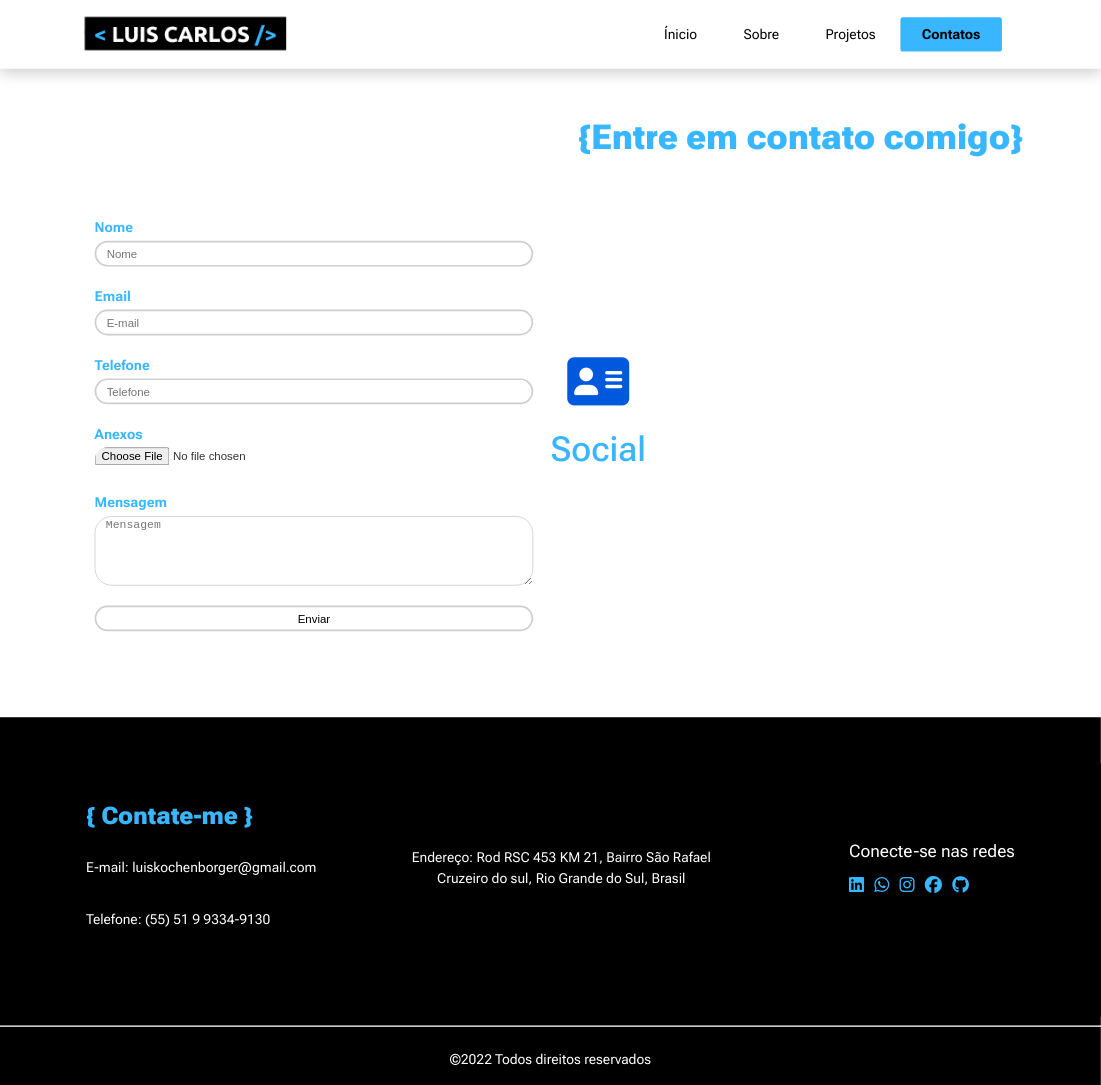
Repository: Iluiscarlos/SitePortifolio
Page: contacts.html
The author's editor kept a copy of each file at every save. The page is drawn from the files as they stood at one save, then again after the next save.
The browser window is 1280 px wide. The pictures show the whole page, at 86% of full size.
Some web libraries are served in a nearby version.

Above is the page before, as saved 2022-05-25 17:19:08.

### contacts.html
<!DOCTYPE html>
<html lang="pt-BR">

<head>
    <meta charset="UTF-8">
    <meta name="viewport" content="width=device-width, initial-scale=1.0">
    <meta http-equiv="X-UA-Compatible" content="ie=edge">
    <title>Luís Carlos</title>
    <link rel="stylesheet" href="Styles/base/reset.css">
    <link rel="stylesheet" href="Styles/base/variables.css">
    <link rel="stylesheet" href="Styles/base/base.css">
    <link rel="stylesheet" href="Styles/layout/header.css">
    <link rel="stylesheet" href="Styles/layout/about.css">
    <link rel="stylesheet" href="Styles/layout/footer.css">
    <link rel="stylesheet" href="Styles/layout/contacts.css">
    <link rel="stylesheet" href="Styles/components/icon.css">
    <script src="https://kit.fontawesome.com/2c48374459.js" crossorigin="anonymous"></script>
    <link rel="preconnect" href="https://fonts.googleapis.com">
    <link rel="preconnect" href="https://fonts.gstatic.com" crossorigin>
    <link
        href="https://fonts.googleapis.com/css2?family=Roboto+Flex:opsz,wght@8..144,100;8..144,200;8..144,300;8..144,400;8..144,500;8..144,600;8..144,700;8..144,800;8..144,900&display=swap"
        rel="stylesheet">
</head>

<body>
    <header class="header">
        <div class="container">
        <img src="icons/logo.png" class="header__logo">
        <nav class="menu__item">
            <a href="index.html" class="menu__item">Ínicio</a>
            <a href="about.html" class="menu__item">Sobre</a>
            <a href="projects.html" class="menu__item">Projetos</a>
            <a href="contacts.html" target="_self" class=" menu__item menu__item--active">Contatos</a>
        </nav>
        </div>
    </header>
    <main class="container">
    <h1 class="about__tittle">{Entre em contato comigo}</h1>
    <section class="inbox">
        <div class="inbox__add">
        <form>
            <label for=name>Nome</label><br>
            <input class="form-item" type="text" id="name" name="name" placeholder="Nome">
            <br>
            <label for="email">Email</label><br>
            <input class="form-item" type="email" id="email" name="email" placeholder="E-mail">
            <br>
            <label for="phone">Telefone</label><br>
            <input class="form-item" type="tel" id="phone" name="phone" placeholder="Telefone">
            <br>
            <label for="attachments">Anexos</label><br>
            <input class="form-item" type="file" id="attachments" name="attachments">
            <br>
            <label for="message">Mensagem</label><br>
            <textarea class="form-item" id="message" name="message" rows="5" placeholder="Mensagem"></textarea>
            <input class="form-item" type="submit" value="Enviar">
        </form>
        </div>
        <div>
        <div class="icon__large">
            <i class="fa-solid fa-address-card"></i>
        </div>
        <h1 class="subtitle">Social</h1>
    </section>
</main>
    <footer>
        <section class="andress">
            <div class="andress__contacts">
                <h1 class="andress__contacts-tittle">{ Contate-me }</h1>
                <a class="contacts" href="mailto:luiskochenborger@gmail.com">E-mail: luiskochenborger@gmail.com</a>
                <a class="contacts" href="tel:+55051993349130">Telefone: (55) 51 9 9334-9130</a>
            </div>
            <address class="andress__add">
                Endereço: Rod RSC 453 KM 21, Bairro São Rafael<br>
                Cruzeiro do sul, Rio Grande do Sul, Brasil
            </address>
            <div class="andress__rede">
                <h1 id="andress__rede">Conecte-se nas redes</h1>
                <br>
                <a class="icon__small" href="https://www.linkedin.com/in/luis-carlos-kochenborger" target="_blank"><i
                        class="fa-brands fa-linkedin"></i></a>
                <a class="icon__small" href="https://api.whatsapp.com/send?phone=5551993349130&text=Contate-me"
                    target="_blank"><i class="fa-brands fa-whatsapp"></i></a>
                <a class="icon__small" href="https://www.instagram.com/iluis.kochenborger/" target="_blank"><i
                        class="fa-brands fa-instagram"></i></a>
                <a class="icon__small" href="https://www.facebook.com/luiscarlos.kochenborger/" target="_blank"><i
                        class="fa-brands fa-facebook"></i></a>
                <a class="icon__small" href="https://github.com/Iluiscarlos" target="_blank"><i
                        class="fa-brands fa-github"></i></a>
            </div>
        </section>
        <hr>
            <span class="footer__copy">
                &copy;2022 Todos direitos reservados
            </span>
        </footer>
    </body>
    </html>
</body>
</html>

### Styles/base/variables.css
:root{
    --color-red: #F41B3B;
    --color-green: #1EBC99;
    --color-blue: #38b6ff;
    --color-blue1: #0058dd;
    --color-purple:#6b009d;
    --color-yellow: #F9CC0D;
    --color-white: #ffffff;
    --color-black: #000000;
    --color-black1: #333;
    --color-darken-gray: #363536;
    --color-light-gray: #807E81;
    --color-gray: #4f4e50;
    --color-fa: #fafafa;
    --color-ea: #eaeaea;
    --color-cece: #cecece;

--font-family-Roboto:"Roboto Flex", 'Sans serif';
--font-size-default: 16px;
--border-radius-default:3px;

--font-family-primary: var(--font-family-Roboto);
}

### Styles/base/base.css
body {
    font-family: var(--font-family-primary);
    font-size: var(--font-size-default);
    background-color:  var(--color-white);
    color: var(--color-black1);
}


.divisor{
    size: 1;
    width: 100%;
}

.container {
    width: 1100px;
    max-width: 100%;
    margin-left: auto;
    margin-right: auto;
    margin-bottom: 60px;
  }

### Styles/layout/header.css
.header{
    position: fixed;
    height: 80px;
    font-size: 16px;
    background-color: var(--color-white);
    box-shadow: 0 5px 1em #cecece;
    top: 0;
    left: 0;
    right: 0;
}

.header .container{
    display: flex;
    align-items: center;
    height: 100%;
}
.menu__item{
    display: inline-block;
    padding: 0 25px 0;
    text-decoration: none;
    /*border-right: 2px solid var(--color-blue);*/
    color: var(--color-black);
    margin-left: auto;
}

.menu__item--active{
    color: var(--color-black);
    display: inline-block;
    text-align: center;
    font-weight: bold;
    line-height: 40px;
    border-radius: 3px;
    background: var(--color-blue);
}

/*.menu__item:last-child{
    border-right: none;
}*/

.header__logo{
    width: 250px;
}


@media only screen and (max-width: 480px){
    .header{
    display: block;
    position: fixed;
    top: 60px;
    left: 0;
    right: 0;
    bottom: 0;
    background-color: pink;
    transform: translateX(-100%);

}


    .header__menu::-webkit-scrollbar{
        width: 0;
        height: 0;
    }

    .menu__item{
        display: block;
        margin: 20px 0;
    }

}

### Styles/layout/about.css
.about{
    display: flex;
}

.about__photo{
    width: 400px;
    height: 500px;
    padding-top: 280px;
    padding-right: 50px;
    vertical-align: middle;
    object-fit: cover;
}


.about__tittle{
    color: var(--color-blue);
    font-size: 40px;
    font-weight:900;
    padding-top: 140px;
    text-align: end;
}


.about__content{
    font-family: var(--font-family-primary);
    font-size: 18px;
    padding-top: 30px;
    text-align: justify;
    line-height: 1.25;
}


a{
    text-decoration: none;
}

.bold__blue{
    font-weight: bold;
    color: var(--color-blue);
}

.bold__black{
    font-weight: bold;
    color: var(--color-black);
}


.experience{
    display: flex;
    flex-direction: column;
}

.subtitle{
    color: var(--color-blue);
    font-size: 40px;
    font-weight:500;
    padding-top: 25px;
    text-align: center;
    vertical-align:top;
}

.experience__list{
    text-align: justify;
    font-size: 18px;
    font-weight: 400;
    line-height: 25px;
}

.experience__edu{
    text-align: justify;
    font-size: 18px;
    font-weight: 400;
    line-height: 25px;
}

### Styles/layout/footer.css
footer{
display: block;
background-color: var(--color-black);
}

.andress {
    display: flex;
    height: 350px;
    color: var(--color-white);
    align-items: center;
    justify-content: space-between;
    padding-left: 100px;
}


.andress__contacts{
    display: block;
    font-size: var(--font-size-default);
    line-height: 60px;
}

.andress__contacts-tittle{
    color: var(--color-blue);
    font-size: 28px;
    font-weight: 900;

}


.contacts{
    display: block;
    text-decoration: none;
    color: var(--color-white);
}

.andress__rede{
    display: block;
    font-size: 20px;
    padding-left: 150px;
    padding-right: 100px;
}

.andress__add{
    line-height: 25px;
    padding-left: 100px;
    text-align:center;
}


.footer__copy{
    display: flex;
    height: 60px;
    font-size: var(--font-size-default);
    color: var(--color-white);
    text-align: center;
    justify-content:center;
    align-items: center;
}

### Styles/layout/contacts.css
.inbox{
    display: flex;
    align-items: center;
}

.inbox__add{
    padding-top: 50px;
    width: 50%;
}

.form-item {
    width: 100%;
    min-height: 30px;
    margin-bottom: 20px;
    box-sizing: border-box;
    border-radius: 20px;
    border-style:solid;
    border-color: var(--color-cece);
}

.form__item textarea{
    border-style:solid;
    border-color: var(--color-black);
}
.form-item::placeholder{
    padding-left: 10px;
}

.form-item#attachments{
    border-style: none;
}

form{
   /* box-sizing: border-box;
    background-color: var(--color-fa);
    border: 1px solid var(--color-ea);*/
    padding: 20px;
    border-radius: 6px;
}


label{
    color: var(--color-blue);
    font-weight: bold;
    width: 500px;
    line-height: 30px;

}


input{
    background-color: var(--color-white);
}


.social{
    text-align: center;
    width: 50%;
    box-sizing: border-box;
    padding: 40px;
    margin-left: 90px;
    background-image: linear-gradient(to right, var(--color-blue1), var(--color-black));
    border: 1px solid var(--color-ea);
    border-radius: 20px;
}

.buttom{
    width:40%;
    height:40px;
    font-size: 16px;
    color: var(--color-black);
    background-color: var(--color-blue);
    border-radius:10px;
    margin-top: 20px;
    border-style: none;
    text-decoration: none;
}

### Styles/components/icon.css
.icon__large{
    font-size: 4em;
    color: var(--color-blue1);
    text-align: center;
}

.icon__large:last-child{
    text-align: end;
}

.social .icon__large{
    color: var(--color-white);
}

.icon__medium{
    text-decoration: none;
    font-size: 2em;
    color: var(--color-white);
    letter-spacing: 15px;
}

.icon__small{
    text-decoration: none;
    text-align: end;
    font-size: 1em;
    color: var(--color-blue);
    letter-spacing: 7px;
}

.icon__small i:hover{
    transform: translateX(1px) rotate(10deg) translateY(0.3px) scale(1.2);
    transition-duration: 1000ms;
}

.icon__medium i:hover{
    transform: translateX(1px) rotate(10deg) translateY(0.3px) scale(1.2);
    transition-duration: 1000ms;
}

Loaded but not shown: Styles/base/reset.css (common file)

After the next save:
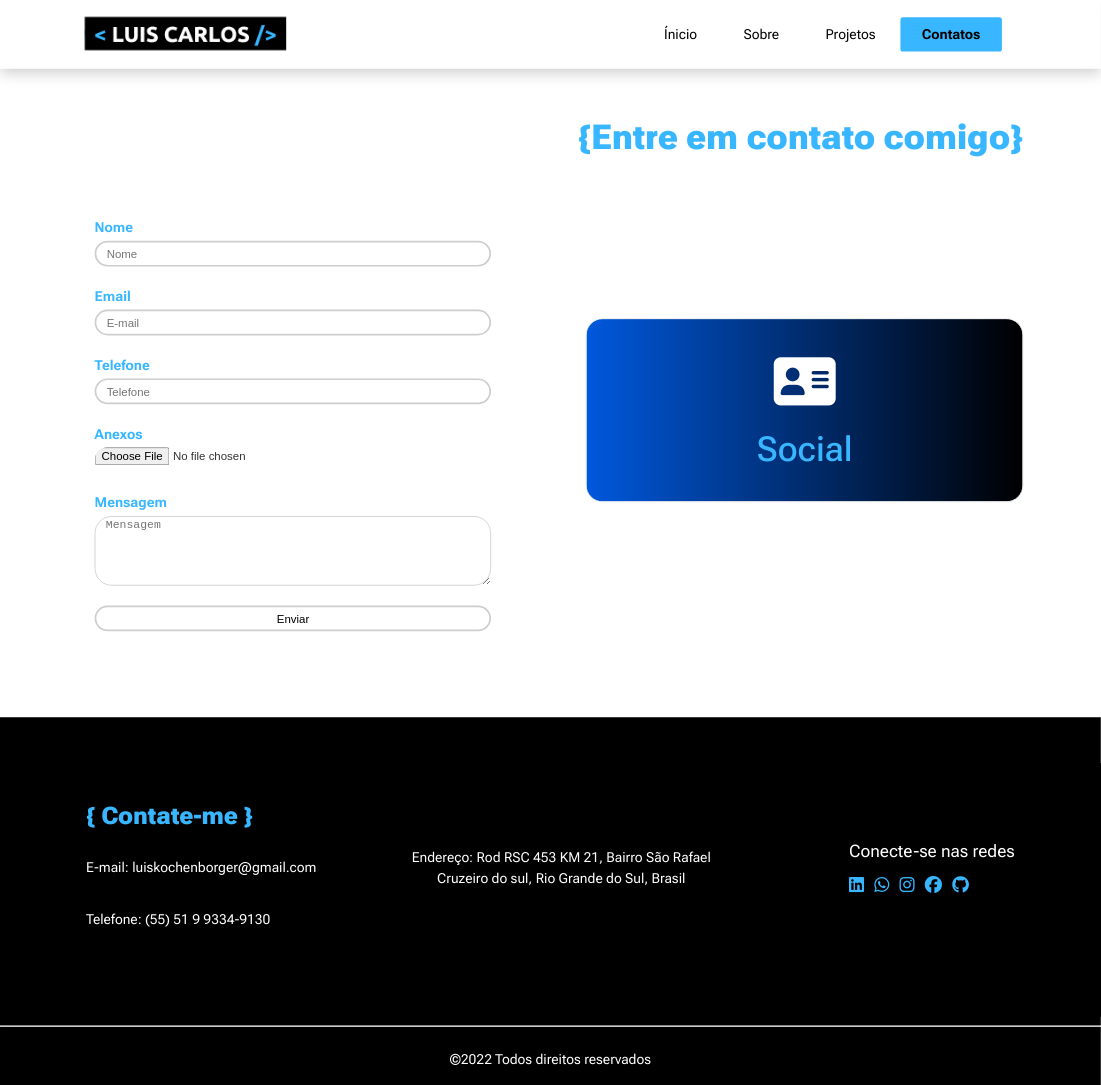
Saved 2 min 36 s later.
--- a/contacts.html
+++ b/contacts.html
@@ -56,7 +56,7 @@
             <input class="form-item" type="submit" value="Enviar">
         </form>
         </div>
-        <div>
+        <div class="social">
         <div class="icon__large">
             <i class="fa-solid fa-address-card"></i>
         </div>
